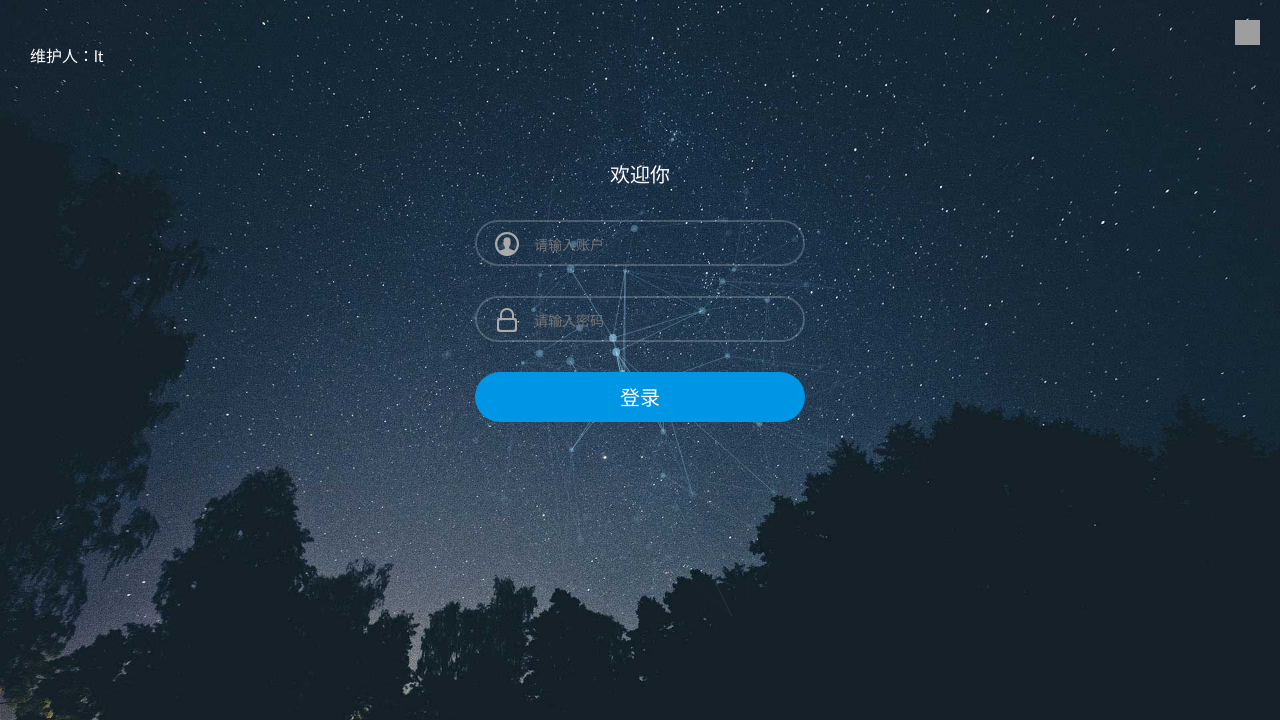
Repository: LTai123456/orl
Page: auth/src/main/resources/static/index.html
An editor plug-in stored every save of this project. The page is shown before and after the next save, followed by the edit.
The browser window is 1280 px wide. The pictures show the whole page.
Pictures or frames that could not be fetched are drawn as grey boxes.

Above is the page before, as saved 2019-12-26 05:04:35.

After the next save:
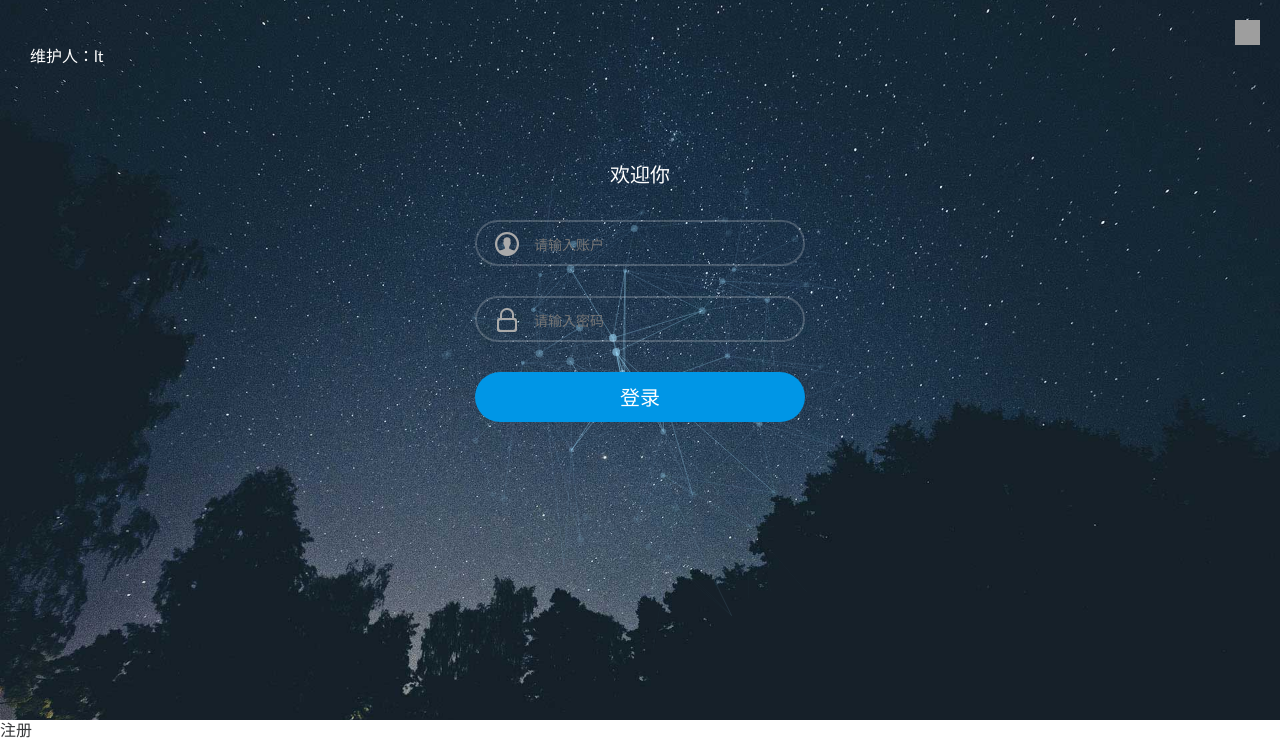
Saved 87 s later.
--- a/auth/src/main/resources/static/index.html
+++ b/auth/src/main/resources/static/index.html
@@ -53,6 +53,7 @@
 	</div>
 	<div>
 	    <span class="zhuce_icon"></span>
+	    <div>注册</div>
 	</div>
 </body>
 </html>
